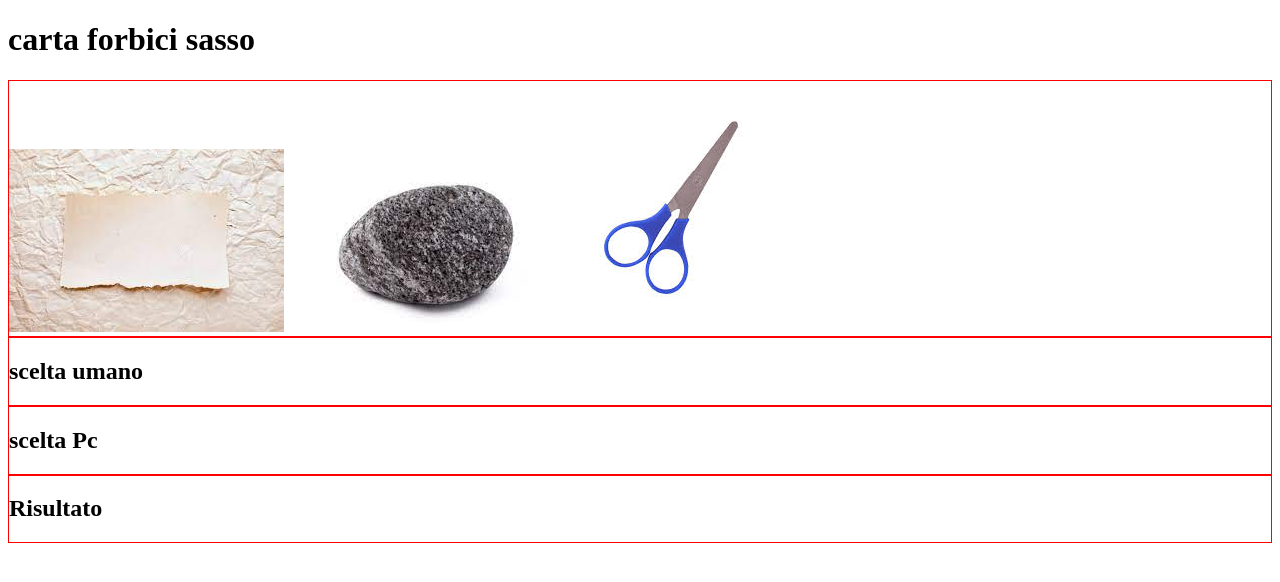
Repository: SamueleLopresti/Eclipse2023mauro
Page: http://localhost/Prj08_CartaForbiciSasso/giocopfc.jsp
The author's editor kept a copy of each file at every save. The page is drawn from the files as they stood at one save, then again after the next save.
The browser window is 1280 px wide. The pictures show the whole page.
The page is served by Tomcat 10. Other server files are loaded and not shown.

Above is the page before, as saved 2023-02-09 13:55:41.

### Prj08_CartaForbiciSasso/src/main/webapp/giocopfc.jsp
<%@ page language="java" contentType="text/html; charset=UTF-8"
    pageEncoding="UTF-8"%>
<!DOCTYPE html>
<html>
<head>
<meta charset="UTF-8">
<title>Insert title here</title>
<style type="text/css">
img {
wdth: 150px;
}
div{
border: 1px solid red;
}
</style>
</head>
<body>
<h1>carta forbici sasso</h1>


<div>
<a href="#"><img src="data:[embedded picture, 7419 characters]"></a>
<a href="#"><img src="data:[embedded picture, 8499 characters]"></a>
<a href="#"><img src="data:[embedded picture, 5599 characters]"></a>
</div>



<div>
<h2>scelta umano</h2>
</div>



<div>
<h2>scelta Pc</h2>
</div>



<div>
<h2>Risultato </h2>
</div>



</body>
</html>

After the next save:
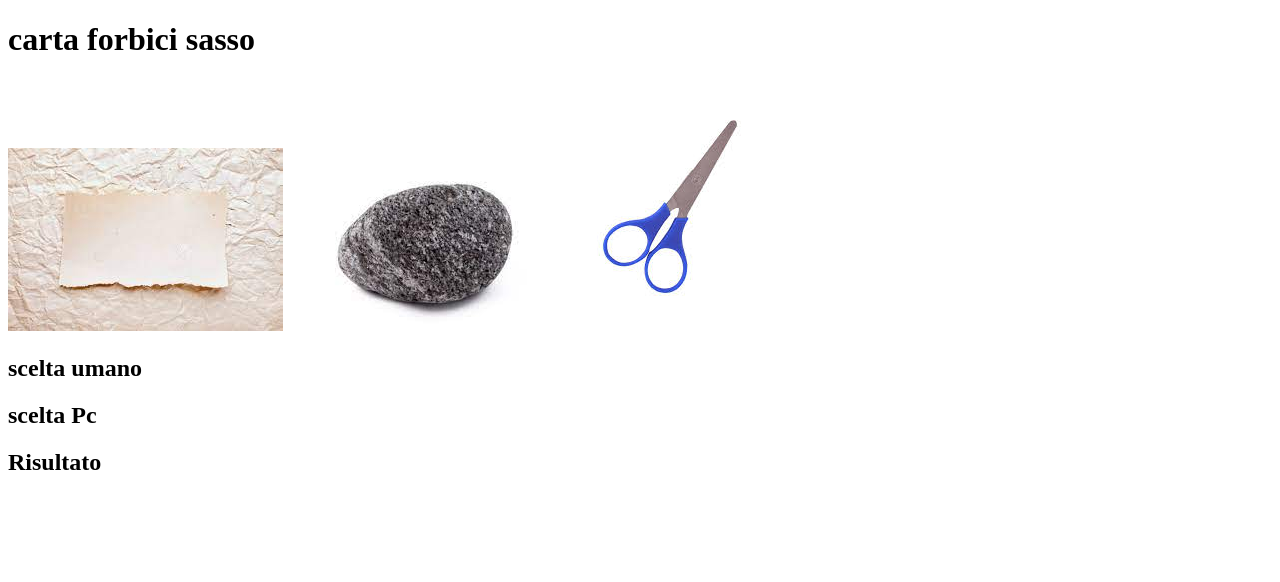
Saved 16 s later.
--- a/Prj08_CartaForbiciSasso/src/main/webapp/giocopfc.jsp
+++ b/Prj08_CartaForbiciSasso/src/main/webapp/giocopfc.jsp
@@ -10,7 +10,7 @@
 wdth: 150px;
 }
 div{
-border: 1px solid red;
+border: 1px solid color:red;
 }
 </style>
 </head>

After the save that followed:
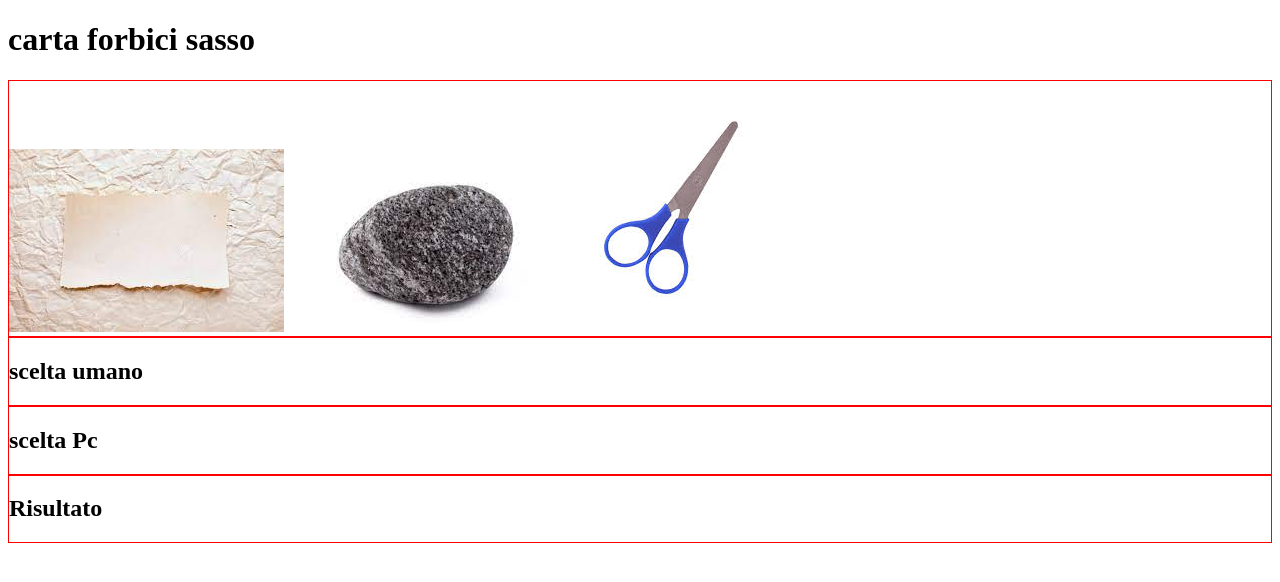
Saved 12 s later.
--- a/Prj08_CartaForbiciSasso/src/main/webapp/giocopfc.jsp
+++ b/Prj08_CartaForbiciSasso/src/main/webapp/giocopfc.jsp
@@ -10,7 +10,7 @@
 wdth: 150px;
 }
 div{
-border: 1px solid color:red;
+border: 1px solid red;
 }
 </style>
 </head>
